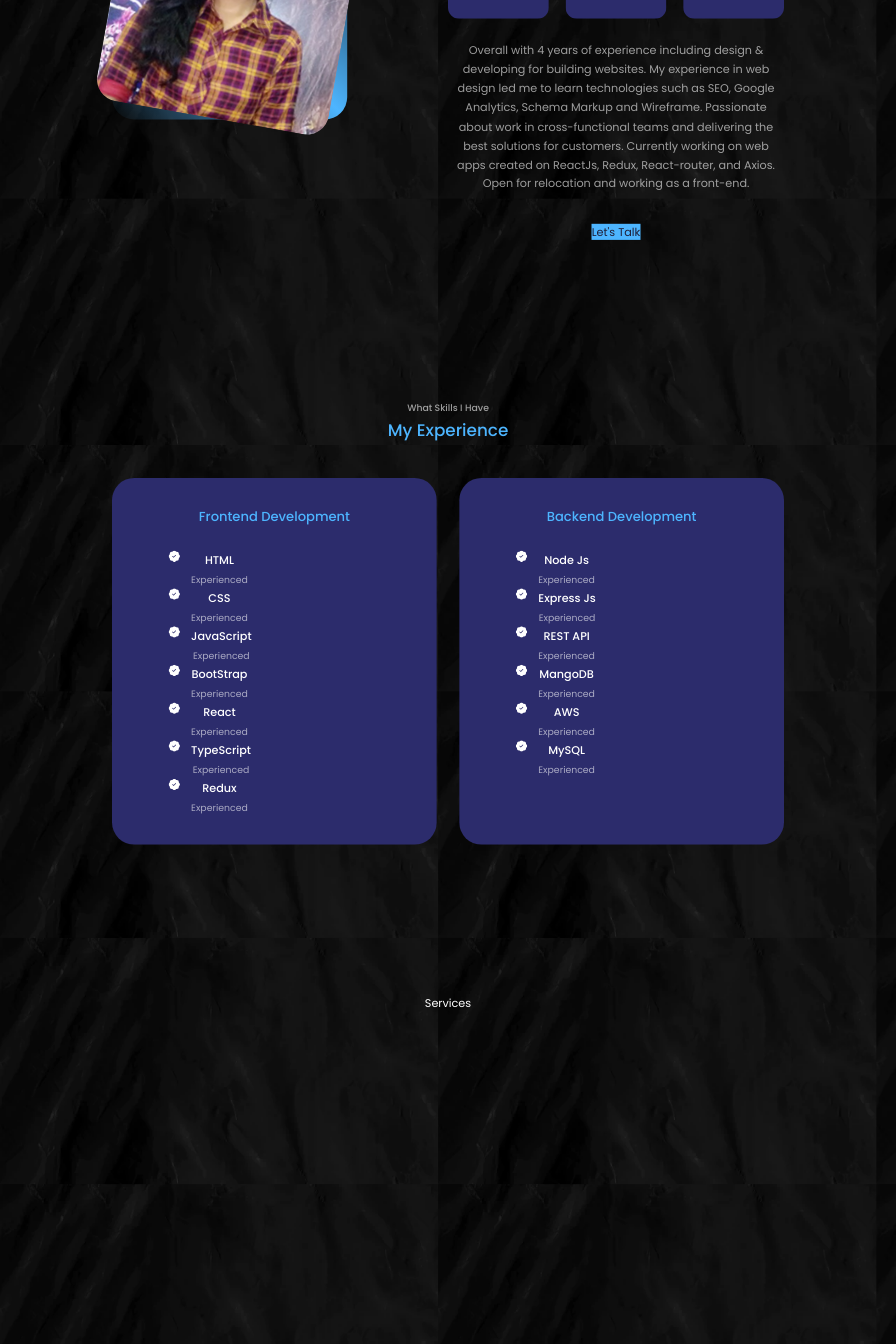
Repository: mayuri2018/Mr_react_portfolio
Page: /
These files come from the project's save history. The page is drawn as it stood at one moment and after the next save; the edit follows.
The browser window is 1280 px wide. The pictures show the part of the page from y = 1124 to 3044 px (the page is 5835 px tall), at 70% of full size.
The project was rebuilt for these pictures with package versions that can differ from the ones it lists, and the page was loaded fresh each time. Also part of the build but not shown: src/components/services/services.css, src/components/portfolio/portfolio.css, src/components/testimonials/testimonials.css, src/components/contact/contact.css, src/components/footer/footer.css.

Above is the page before, as saved 2023-01-25 14:29:50.

### public/index.html
<!DOCTYPE html>
<html lang="en">
  <head>
    <meta charset="utf-8" />
    <link rel="icon" href="%PUBLIC_URL%/favicon.ico" />
    <meta name="viewport" content="width=device-width, initial-scale=1" />
    <meta name="theme-color" content="#000000" />
    <meta
      name="description"
      content="Web site created using create-react-app"
    />
    <link rel="apple-touch-icon" href="%PUBLIC_URL%/logo192.png" />
    <!--
      manifest.json provides metadata used when your web app is installed on a
      user's mobile device or desktop. See https://developers.google.com/web/fundamentals/web-app-manifest/
    -->
    <link rel="manifest" href="%PUBLIC_URL%/manifest.json" />
    <!--
      Notice the use of %PUBLIC_URL% in the tags above.
      It will be replaced with the URL of the `public` folder during the build.
      Only files inside the `public` folder can be referenced from the HTML.

      Unlike "/favicon.ico" or "favicon.ico", "%PUBLIC_URL%/favicon.ico" will
      work correctly both with client-side routing and a non-root public URL.
      Learn how to configure a non-root public URL by running `npm run build`.
    -->
    <title>React portfolio</title>
  </head>
  <body>
    <noscript>You need to enable JavaScript to run this app.</noscript>
    <div id="root"></div>
    <!--
      This HTML file is a template.
      If you open it directly in the browser, you will see an empty page.

      You can add webfonts, meta tags, or analytics to this file.
      The build step will place the bundled scripts into the <body> tag.

      To begin the development, run `npm start` or `yarn start`.
      To create a production bundle, use `npm run build` or `yarn build`.
    -->
  </body>
</html>

### src/index.css
@import url('https://fonts.googleapis.com/css2?family=Poppins:wght@300;400;500;600&display=swap');
*{
  margin:0;
  padding: 0;
  border: 0;
  outline: 0;
  box-sizing:border-box;
  list-style: none;
  text-decoration: none;
}
:root{
  --color-bg:#1f1f38;
  --color-bg-variant:#2c2c6c;
  --color-primary:#4db5ff;
  --color-primary-vriant:rgba(77,181,255,0.4);
  --color-white:#fff;
  --color-light:rgba(255, 255, 255, 0.6);
  --transition: all 400ms;
  --container-width-lg:75%;
  --container-width-md:86%;
  --container-width-ms:90%;
}

html {
  scroll-behavior: smooth;
}

::-webkit-scrollbar{
  display: none;
}
body{
  font-family: "Poppins", sans-serif;
  background:var (--color-white);
  color: var(--color-white);
  line-height: 1.7;
  background-image: url(../src/assets/bg-texture.webp);
}
/*---------general style---------*/
.container{
  width: var(--container-width-lg);
  margin: 0 auto;
}

h1,
h2,
h3,
h4,
h5{
  font-weight:500;
}
h1{
  font-size: 2.5rem;
}
section{
  margin-top: 8rem;
  height: 100vh;
}
section > h2,
section >h5{
  text-align: center;
  color: var(--color-light);
}
section > h2{
  color: var(--color-primary);
  margin-bottom: 3rem;
}
.text-light{
  color: var(--color-light);
}
a{
  color: var(--color-primary);
  transition: var(--transition);
}
a:hover{
  color: var(--color-white);
}
.btn{
  width: max-content;
  display: inline-block;
  color: var(--color-primary);
  padding: 0.75rem 1.2rem;
  border-radius: 0.4rem;
  cursor: pointer;
  border: 1px solid var(--color-primary);
  transition: var(--transition);
}
.btn:hover{
  background: var(--color-white);
  color: var(--color-bg);
  border-color: transparent;
}
.btn-primary{
  background: var(--color-primary);
  color: var(--color-bg);
}
img{
  display: block;
  width: 100%;
  object-fit: cover;
}
/*----------Media Queries (Medium devices)-----*/
@media screen and (max-width: 1024px){
  .container{
    width: var(--container-width-md);
  }
  section{
    margin-top: 6rem;
  }

}
/*----------Media Queries (small devices)-----*/
@media screen and (max-width: 600px){
  .container{
    width: var(--container-width-md);
  }
  section > h2{
    margin-bottom: 2rem;
  }

}

### src/App.js
import logo from './logo.svg';
import './App.css';
import Header from "./components/header/Header";
import Nav from "./components/nav/Nav";
import About from "./components/about/About";
import Experience from "./components/experience/Experience";
import Services from "./components/services/Services";
import Portfolio from "./components/portfolio/Portfolio";
import Testimonials from "./components/testimonials/Testimonials";
import Contact from "./components/contact/Contact";
import Footer from "./components/footer/Footer";

function App() {
  return (
    <div className="App">
      <Header/>
      <Nav/>
      <About/>
      <Experience/>
      <Services/>
      <Portfolio/>
      <Testimonials/>
      <Contact/>
      <Footer/>

    </div>
  );
}

export default App;

### src/components/header/Header.jsx
import React from "react";
import "./header.css";
import ME from "../../assets/ME.jpeg";
import CTA from "./CTA";
import HeaderSocials from "./HeaderSocials";

export default function Header(){
    return(
        <header>
            <div className="container header_container">
                <h5>Hello I'm</h5>
                <h1>Mayuri Vaddempudi</h1>
                <h5 className="text-light">Fullstack Developer</h5>
                <CTA/>
                <HeaderSocials/>
                <div className="me">
                    <img src={ME} alt="me"/>
                </div>
                <a href="#contact" className="scroll_down">Scroll Down</a>
            </div>
        </header>

    )
}

### src/components/nav/Nav.jsx
import React from "react";
import "./nav.css";
import {AiOutlineHome} from "react-icons/ai";
import {BiBook} from "react-icons/bi";
import {AiOutlineUser} from "react-icons/ai";
import {RiServiceLine} from "react-icons/ri";
import {BiMessageSquareDetail} from "react-icons/bi";
import { useState } from "react";

export default function Nav(){
    const[activeNav, setActiveNav] = useState("#")
    return(
        <nav>
            <a href="#" onClick = {()=> setActiveNav("#")}className={activeNav === "#" ? "active" : ""}><AiOutlineHome/></a>
            <a href="#about" onClick = {()=> setActiveNav("#about")}className={activeNav === "#about" ? "active" : ""}><AiOutlineUser/></a>
            <a href="#experience" onClick = {()=> setActiveNav("#experience")}className={activeNav === "#experience" ? "active" : ""}><BiBook/></a>
            <a href="#services" onClick = {()=> setActiveNav("#services")}className={activeNav === "#services" ? "active" : ""}><RiServiceLine/></a>
            <a href="#contact" onClick = {()=> setActiveNav("#contact")}className={activeNav === "#contact" ? "active" : ""}><BiMessageSquareDetail/></a>
        </nav>

    )
}

### src/components/about/About.jsx
import React from "react";
import "./about.css";
import ME from "../../assets/ME.jpeg";
import{FaAward} from "react-icons/fa";
import{FiUsers} from "react-icons/fi";
import{VscFolderLibrary} from "react-icons/vsc";

export default function About(){
    return(
        <section id="about">
            <h5>Get To Know</h5>
            <h2>About Me</h2>
            <div className="container about_container">
                <div className="about_me">
                    <div className="about_me-image">
                        <img src={ME} alt="About-image"/>
                    </div>
                </div>

                <div className="about_content">
                    <div className="about_cards">
                        <article className="about_card">
                            <FaAward className="about_icon"/>
                            <h5>Experience</h5>
                            <small>4+ Years working</small>
                        </article>

                        <article className="about_card">
                            <FiUsers className="about_icon"/>
                            <h5>Clients</h5>
                            <small>5 Worldwide</small>
                        </article>

                        <article className="about_card">
                            <VscFolderLibrary className="about_icon"/>
                            <h5>Projects</h5>
                            <small>5+ Completed</small>
                        </article>
                    </div>
                    <p>
                    Overall with 4 years of experience including design & developing for building websites.
                    My experience in web design led me to learn technologies such as SEO, Google Analytics,
                    Schema Markup and Wireframe.
                    Passionate about work in cross-functional teams and delivering the best solutions for customers.
                    Currently working on web apps created on ReactJs, Redux, React-router, and Axios.
                    Open for relocation and working as a front-end.
                    </p>
                    <a href="#contact" className="btn-primary">Let's Talk</a>
                </div>
            </div>
        </section>
    )
}

### src/components/experience/Experience.jsx
import React from "react";
import "./experience.css";
import {BsPatchCheckFill} from "react-icons/bs"

export default function Experience (){
    return(
        <section id="experience">
            <h5>What Skills I Have</h5>
            <h2>My Experience</h2>

            <div className="container experience_container">
                <div className="experience_frontend">
                    <h3>Frontend Development</h3>
                    <div className="experience_content">
                        <article className="experience_details">
                            <BsPatchCheckFill className="experience_details-icon"/>
                            <div>
                            <h4>HTML</h4>
                            <small className="text-light">Experienced</small>
                            </div>
                        </article>

                        <article className="experience_details">
                            <BsPatchCheckFill className="experience_details-icon"/>
                            <div>
                            <h4>CSS</h4>
                            <small className="text-light">Experienced</small>
                            </div>
                        </article>

                        <article className="experience_details">
                            <BsPatchCheckFill className="experience_details-icon"/>
                            <div>
                            <h4>JavaScript</h4>
                            <small className="text-light">Experienced</small>
                            </div>
                        </article>

                        <article className="experience_details">
                            <BsPatchCheckFill className="experience_details-icon"/>
                            <div>
                            <h4>BootStrap</h4>
                            <small className="text-light">Experienced</small>
                            </div>
                        </article>

                        <article className="experience_details">
                            <BsPatchCheckFill className="experience_details-icon"/>
                            <div>
                            <h4>React</h4>
                            <small className="text-light">Experienced</small>
                            </div>
                        </article>

                        <article className="experience_details">
                            <BsPatchCheckFill className="experience_details-icon"/>
                            <div>
                            <h4>TypeScript</h4>
                            <small className="text-light">Experienced</small>
                            </div>
                        </article>

                        <article className="experience_details">
                            <BsPatchCheckFill className="experience_details-icon"/>
                            <div>
                            <h4>Redux</h4>
                            <small className="text-light">Experienced</small>
                            </div>
                        </article>
                    </div>
                </div>
                <div className="experience_backend">
                <h3>Backend Development</h3>
                    <div className="experience_content">
                        <article className="experience_details">
                            <BsPatchCheckFill className="experience_details-icon"/>
                            <div>
                            <h4>Node Js</h4>
                            <small className="text-light">Experienced</small>
                            </div>
                        </article>

                        <article className="experience_details">
                            <BsPatchCheckFill className="experience_details-icon"/>
                            <div>
                            <h4>Express Js</h4>
                            <small className="text-light">Experienced</small>
                            </div>
                        </article>

                        <article className="experience_details">
                            <BsPatchCheckFill className="experience_details-icon"/>
                            <div>
                            <h4>REST API</h4>
                            <small className="text-light">Experienced</small>
                            </div>
                        </article>

                        <article className="experience_details">
                            <BsPatchCheckFill className="experience_details-icon"/>
                            <div>
                            <h4>MangoDB</h4>
                            <small className="text-light">Experienced</small>
                            </div>
                        </article>

                        <article className="experience_details">
                            <BsPatchCheckFill className="experience_details-icon"/>
                            <div>
                            <h4>AWS</h4>
                            <small className="text-light">Experienced</small>
                            </div>
                        </article>

                        <article className="experience_details">
                            <BsPatchCheckFill className="experience_details-icon"/>
                            <div>
                            <h4>MySQL</h4>
                            <small className="text-light">Experienced</small>
                            </div>
                        </article>
                    </div>
                </div>
            </div>
        </section>
    )
}

### src/components/services/Services.jsx
import React from "react";
import "./services.css";

export default function Services(){
    return(
        <section id="services">Services</section>
    )
}

### src/components/portfolio/Portfolio.jsx
import React from "react";
import "./portfolio.css";

export default function Portfolio(){
    return(
        <section id="portfolio">Portfolio</section>
    )
}

### src/components/testimonials/Testimonials.jsx
import React from "react";
import "./testimonials.css";

export default function Testimonials(){
    return(
        <section id="testimonials">Testimonials</section>
    )
}

### src/components/contact/Contact.jsx
import React from "react";
import "./contact.css";

export default function Contact(){
    return(
        <section id="contact">Contact</section>
    )
}

### src/components/footer/Footer.jsx
import React from "react";
import "./footer.css";

export default function Footer(){
    return(
        <div>Footer</div>
    )
}

### src/components/header/header.css
header{
    height: 100vh;
    padding-top: 7rem;
    overflow: hidden;
}
.header_container{
    text-align: center;
    height: 100%;
    position: relative;
}
/*------------CTA-----------*/
.cta{
    margin-top: 2.5rem;
    display: flex;
    gap: 1.2rem;
    justify-content: center;
}
/*------------headerSocials-----------*/
.header_socials{
    display: flex;
    flex-direction: column;
    align-items: center;
    gap: 0.8rem;
    position: absolute;
    left: 0;
    bottom: 3rem;
}
.header_socials::after{
    content: "";
    width: 1px;
    height: 2rem;
    background: var(--color-primary);
}
/*------------ME-----------*/
.me{
    background: linear-gradient(var(--color-primary), transparent);
    width: 22rem;
    height: 30rem;
    position: absolute;
    left: calc(50% - 11rem);
    margin-top: 4rem;
    border-radius: 12rem 12rem 0 0;
    overflow: hidden;
    padding: 5rem 1.5rem 1.5rem 1.5rem;
}
/*------------scroll down-----------*/
.scroll_down{
    position: absolute;
    right: -2.3rem;
    bottom: 5rem;
    transform: rotate(90deg);
    font-weight: 300;
    font-size: 0.9;
}
/*----------Media Queries (Medium devices)-----*/
@media screen and (max-width: 1024px){
    header{
        height: 68vh;
    }

  }
  /*----------Media Queries (small devices)-----*/
  @media screen and (max-width: 600px){
    header{
        height: 100vh;
    }
    .header_socials,
    .scroll_down{
        display: none;
    }
  }

### src/components/header/CTA.jsx
import React from "react";

export default function CTA(){
    return(
        <div className="cta">
           <a href="{CV}" className="btn">Download CV</a>
           <a href="#contact" className="btn btn-primary">Let's Talk</a>
        </div>
    )
}

### src/components/header/HeaderSocials.jsx
import React from "react";
import {BsLinkedin} from "react-icons/bs";
import {BsGithub} from "react-icons/bs";
import {FaDribbble} from "react-icons/fa";

export default function HeaderSocials(){
    return(
        <div className="header_socials">
            <a href="https://linkedin.com" target="_blank"><BsLinkedin/></a>
            <a href="https://github.com" target="_blank"><BsGithub/></a>
            <a href="https://dribble.com" target="_blank"><FaDribbble/></a>
        </div>
    )
}

### src/components/nav/nav.css
nav{
    background: rgba(0, 0, 0, 0.3);
    width: max-content;
    display: block;
    padding: 0.7rem 1.7rem;
    z-index: 2;
    position: fixed;
    left: 50%;
    transform: translate(-50%);
    bottom: 2rem;
    display: flex;
    gap: 0.8rem;
    border-radius: 3rem;
    backdrop-filter: blur(15px);
}
nav a{
    background: transparent;
    padding: 0.9rem;
    border-radius: 50%;
    display: flex;
    color: var(--color-light);
    font-size: 1.1rem;
}
nav a:hover{
    background:rgba(0, 0, 0, 0.3);
}
nav a.active{
    background: var(--color-bg);
    color: var(--color-white);
}

### src/components/about/about.css
.about_container{
    display: grid;
    grid-template-columns: 35% 50%;
    gap:15%;
}

.about_me{
    width: 100%;
    aspect-ratio: 1/1;
    border-radius: 2rem;
    background: linear-gradient(
        45deg,
        transparent,
        var(--color-primary),
        transparent);
    display: grid;
    place-items: center;
}

.about_me-image{
    border-radius: 2rem;
    overflow: hidden;
    transform: rotate(10deg);
    transition: var(--transition);
}

.about_me-image:hover{
    transform: rotate(0);
}
.about_cards{
    display: grid;
    grid-template-columns: repeat(3, 1fr);
    gap: 1.5em;
}

.about_card{
    background: var(--color-bg-variant);
    border: 1px solid transparent;
    border-radius: 1rem;
    padding: 2rem;
    text-align: center;
    transition: var(--transition);
}

.about_card:hover{
    background: transparent;
    border-color: var(--color-primary-variant);
    cursor: default;
}

.about_icon{
    color: var(--color-primary);
    font-size: 1.4rem;
    margin-bottom: 1rem;
}
.about_card h5{
    font-size: 0.9rem;
}

.about_card small{
    font-size: 0.7rem;
    color: var(--color-light);
}

.about_content p{
    margin: 2rem 0 2.6rem;
    color:var(--color-light);
}

/*----------Media Queries (Medium devices)-----*/
@media screen and (max-width: 1024px){
    .about_container{
        grid-template-columns: 1fr;
        gap:0;
    }
    .about_me{
        width: 50%;
        margin: 1rem 0 1.5rem;
    }

  }
  /*----------Media Queries (small devices)-----*/
  @media screen and (max-width: 600px){
    .about_me{
        width: 65%;
        margin: 0 auto 3rem;
    }
    .about_cards{
        grid-template-columns: 1fr 1fr;
        gap:1rem ;
    }
    .about_content{
        text-align: center;
    }
    .about_content p{
        margin: 1.5rem 0;
    }
  }

### src/components/experience/experience.css
.experience_container{
    display: grid;
    grid-template-columns: 1fr 1fr;
    gap:2rem;
}
.experience_container > div{
    background:var(--color-bg-variant);
    padding: 2.4rem 5rem;
    border-radius: 2rem;
    border: 1px solid transparent;
    transition: var(--transition);
}

.experience_container > div:hover{
    background: transparent;
    border-color: var(--color-primary-variant);
    cursor: default;
}
.experience_container > div h3{
    text-align: center;
    margin-bottom: 2rem;
    color: var(--color-primary);
}

.experience_container{
    display: grid;
    grid-template-columns: 1fr 1fr;
    row-gap: 2rem;
}
.experience_details{
    display: flex;
    gap:1rem;
}
.experience_details-icon{

}

Loaded but not shown: src/index.js (common file); src/reportWebVitals.js (common file); src/App.css (common file)

After the next save:
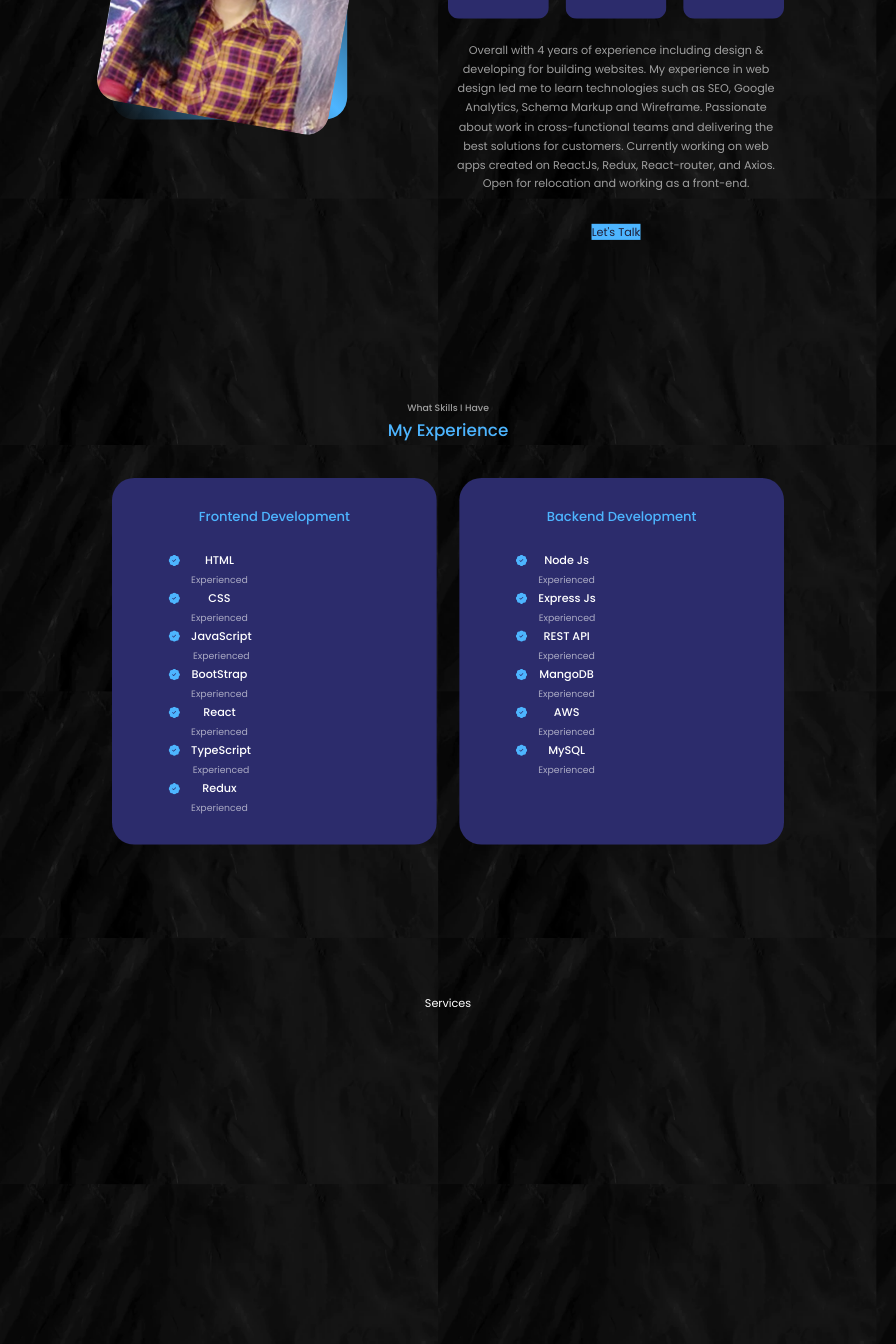
Saved 34 s later.
--- a/src/components/experience/experience.css
+++ b/src/components/experience/experience.css
@@ -32,5 +32,6 @@
     gap:1rem;
 }
 .experience_details-icon{
-
+    margin-top: 6px;
+    color: var(--color-primary);
 }
